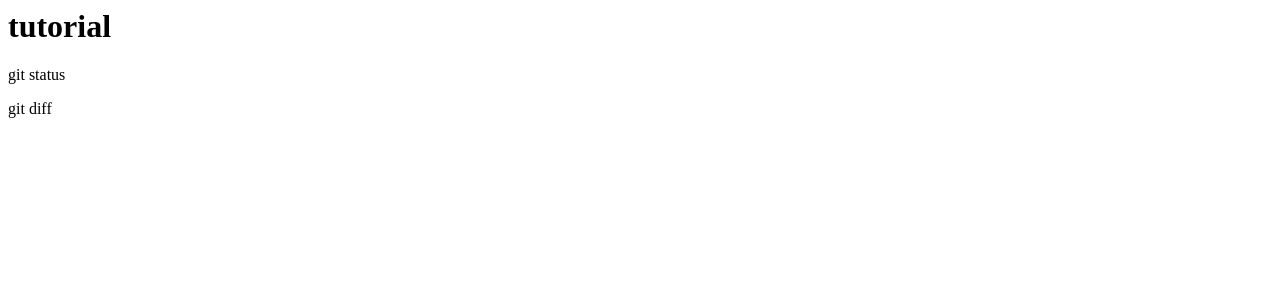
Repository: ponponnsan/pasonaAI
Page: index.html
The author's editor kept a copy of each file at every save. The page is drawn from the files as they stood at one save, then again after the next save.
The browser window is 1280 px wide. The pictures show the whole page.

Above is the page before, as saved 2020-10-21 23:21:57.

### index.html
<h1>tutorial</h1>
<p>git status</p>
<p>git diff</p>

After the next save:
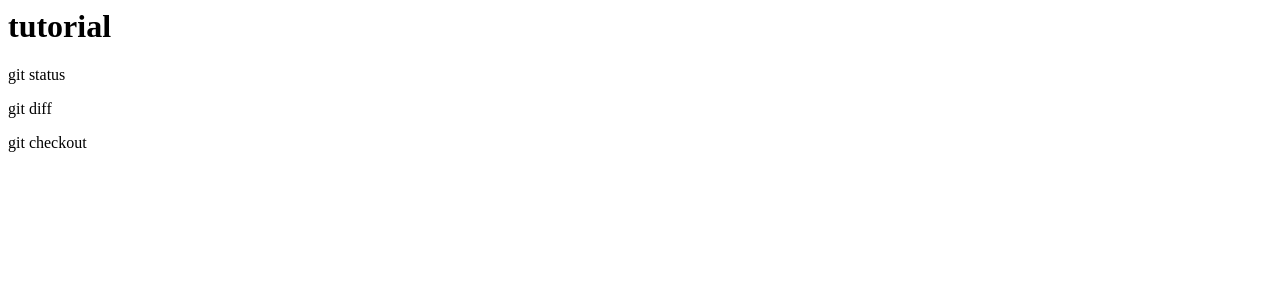
Saved 6 days later.
--- a/index.html
+++ b/index.html
@@ -1,3 +1,4 @@
 <h1>tutorial</h1>
 <p>git status</p>
 <p>git diff</p>
+<p>git checkout</p>
